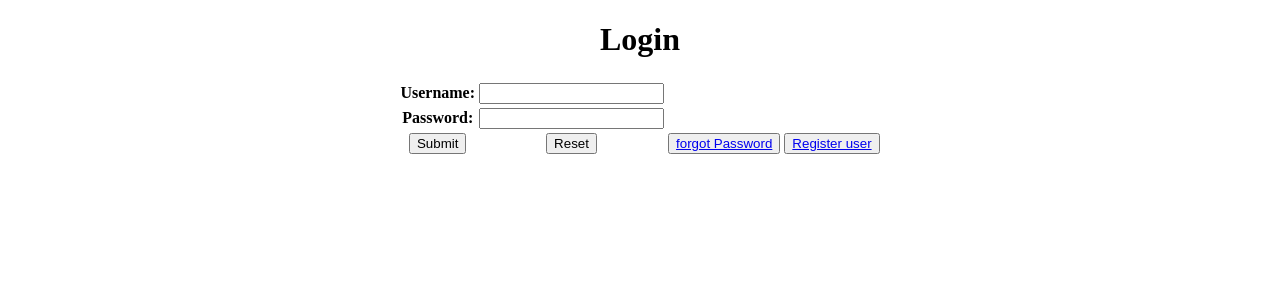
Repository: Sourabhmag/week-5
Page: http://localhost/LoginApp/login.jsp
The author's editor kept a copy of each file at every save. The page is drawn from the files as they stood at one save, then again after the next save.
The browser window is 1280 px wide. The pictures show the whole page.
The page is served by Tomcat 9.

Above is the page before, as saved 2019-11-07 13:55:01.

After the next save:
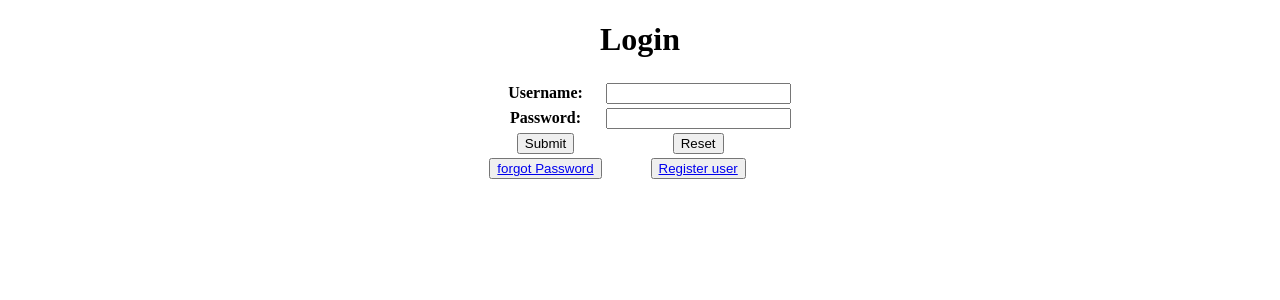
Saved 75 s later.
--- a/LoginApp/WebContent/login.jsp
+++ b/LoginApp/WebContent/login.jsp
@@ -16,8 +16,8 @@
 			<tr><th >Username:</th> <th ><input type="text" name="username"></th></tr>
 			<tr><th >Password:</th> <th ><input type="password" name="password"></th></tr>
 			<tr><th ><input type="submit" name="submit"></th>
-			<th ><input type=reset name="Clear"></th>
-			<th><button><a href="forgot.jsp"> forgot Password </a></button></th>
+			<th ><input type=reset name="Clear"></th></tr>
+			<tr><th><button><a href="forgot.jsp"> forgot Password </a></button></th>
 			<th><button><a href="register.jsp"> Register user </a></button></th></tr>
 		</table>
 	</form>
